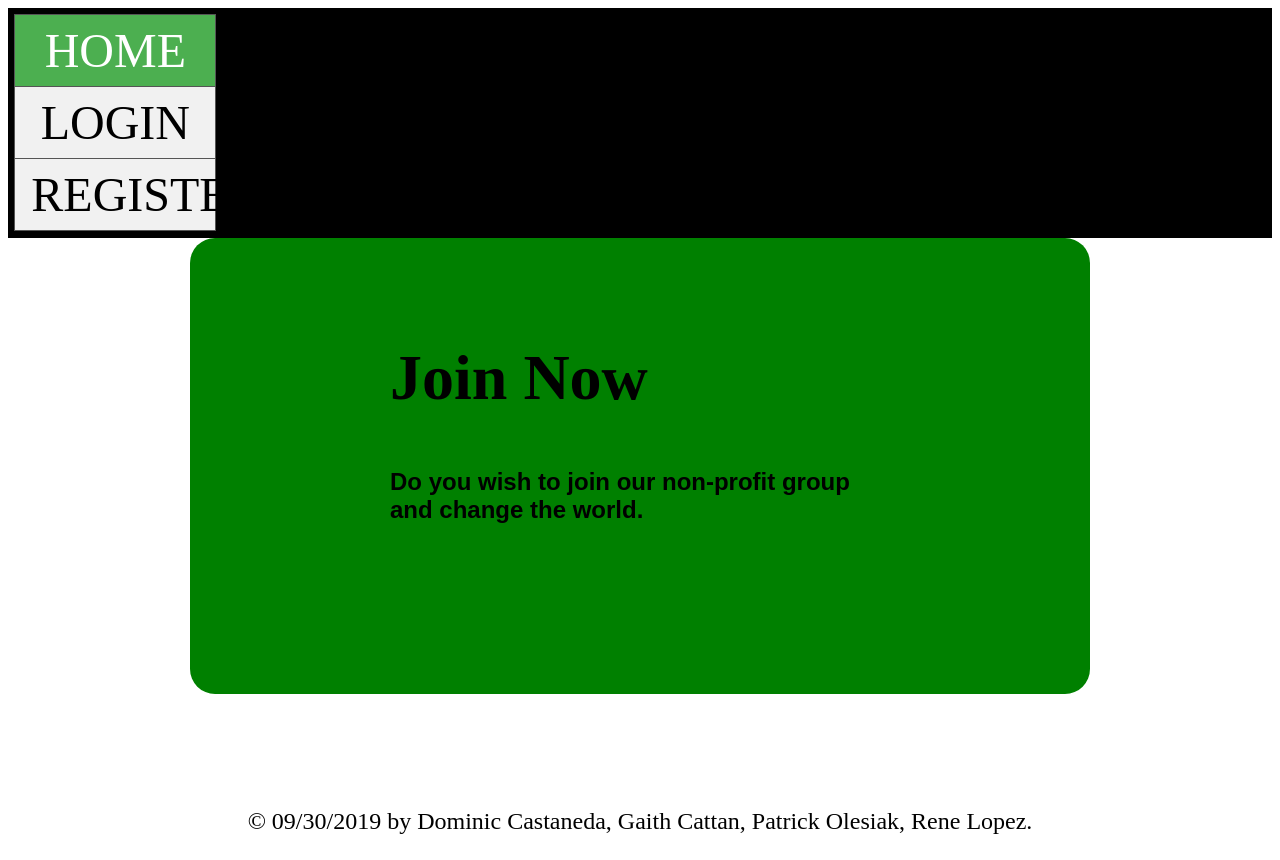
Repository: GaithCattan/COSW30
Page: http://localhost/labwork/homework5/index.php
The author's editor kept a record of every edit. The page is drawn from the files as they stood at one moment, then again after the next edit.
The browser window is 1280 px wide. The pictures show the whole page.
The page is run by PHP 8.4 with error messages shown; the project is at /var/www/html/.

Above is the page before.

### labwork/homework5/index.php
<?php // php -S localhost:8080 ?>

<?php include('includes/header.php'); ?>

    <main>

        <div id="container">
        <div id="texting">

        <h2 style="font-size: 4em;">Join Now</h2>
        <h2 style="font-family: 'Anton', sans-serif;">Do you wish to join our non-profit group and change the world.</h2>

        </div>
        </div>

    </main>

<?php include('includes/footer.php'); ?>

### labwork/homework5/includes/header.php
<!doctype html>
<html>
    <head>
         <meta charset="utf-8">
         <title>Homepage</title>

            <style>

            body {background-color: white;
            background-position: center;
            background-repeat: no-repeat;}
            h1 {text-align: center; font-size: 30px; margin-top: 40px; border-radius: 25px; margin-left: auto; margin-right: auto; background-color: grey;}
          #container {width: 900px;	margin-left: auto;	margin-right: auto;	padding-top: 50px;	padding-bottom: 150px; border-radius: 25px;	background-color: green;}
          #texting {width: 500px; display: block; margin-left: auto; margin-right: auto;}
          input[type=submit] {background-color: blue; border: none; border-radius: 10px;  color: white;  padding: 16px 32px;  text-decoration: none;  margin: 4px 2px;  cursor: pointer;}
          header {margin: 0; color: black; background-color: black; padding: 0.5%; text-align: center; font-size: 3em;}
          footer {font-size: 1.5em; color: white; text-align: center; margin-top: 9%;}

                ul {
                  list-style-type: none;
                  margin: 0;
                  padding: 0;
                  width: 200px;
                  background-color: #f1f1f1;
                  border: 1px solid #555;
                }

                li a {
                  display: block;
                  color: #000;
                  padding: 8px 16px;
                  text-decoration: none;
                }

                li {
                  text-align: center;
                  border-bottom: 1px solid #555;
                }

                li:last-child {
                  border-bottom: none;
                }

                li a.active {
                  background-color: #4CAF50;
                  color: white;
                }

                li a:hover:not(.active) {
                  background-color: #555;
                  color: white;
                }
            </style>

    </head>

    <body>


    <header>
        <div id="header">
            <ul id="nav">
                <li><a class="active" href="index.php">HOME</a></li>
                <li><a href="login.php">LOGIN</a></li>
                <li><a href="register.php">REGISTER</a></li>
            </ul>
        </div><!-- header -->
    </header>

### labwork/homework5/includes/footer.php

<!start of footer



    <footer>

        <p  style="font-size: 1.5em; font-family: 'Ranga', cursive; color: black; text-align: center; margin-top: 9%;">© 09/30/2019 by Dominic Castaneda, Gaith Cattan, Patrick Olesiak, Rene Lopez.</p>

    </footer>



    </body>

</html>

After the next edit:
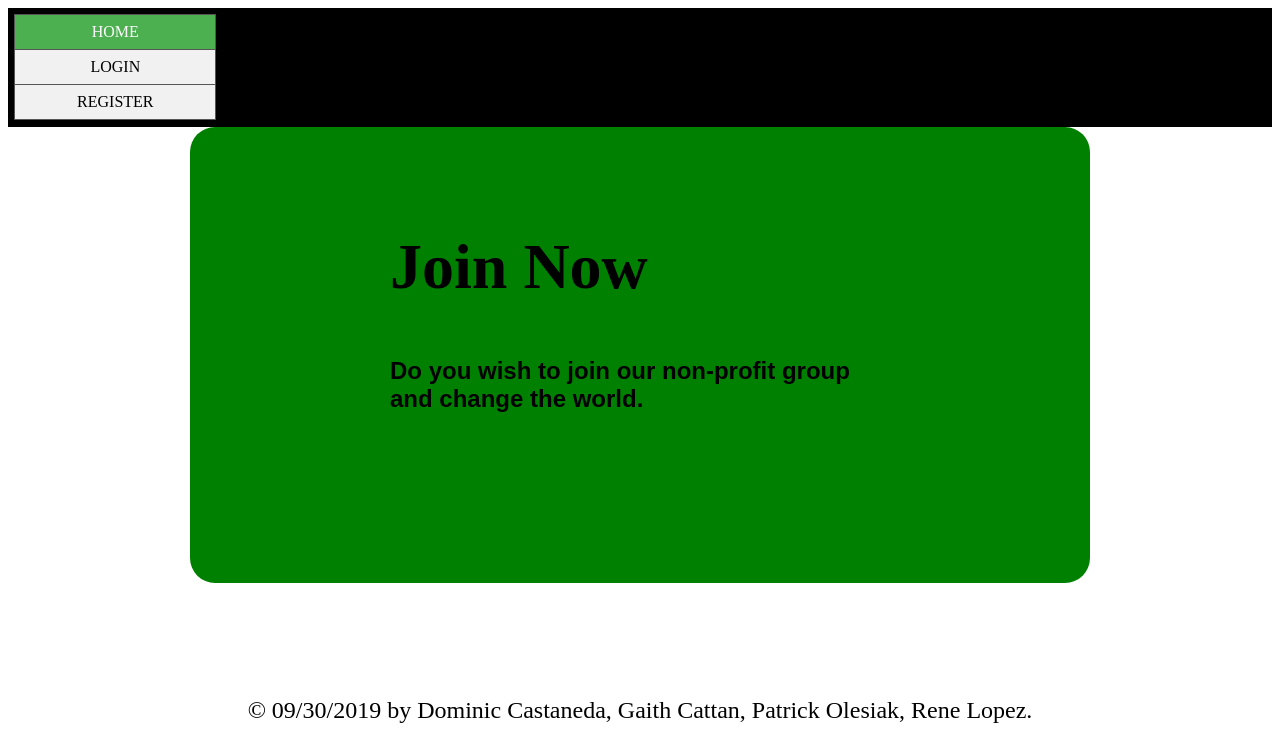
The edit:
--- a/labwork/homework5/includes/header.php
+++ b/labwork/homework5/includes/header.php
@@ -13,7 +13,7 @@
           #container {width: 900px;	margin-left: auto;	margin-right: auto;	padding-top: 50px;	padding-bottom: 150px; border-radius: 25px;	background-color: green;}
           #texting {width: 500px; display: block; margin-left: auto; margin-right: auto;}
           input[type=submit] {background-color: blue; border: none; border-radius: 10px;  color: white;  padding: 16px 32px;  text-decoration: none;  margin: 4px 2px;  cursor: pointer;}
-          header {margin: 0; color: black; background-color: black; padding: 0.5%; text-align: center; font-size: 3em;}
+          header {margin: 0; color: black; background-color: black; padding: 0.5%; text-align: center; font-size: 1em;}
           footer {font-size: 1.5em; color: white; text-align: center; margin-top: 9%;}
 
                 ul {
